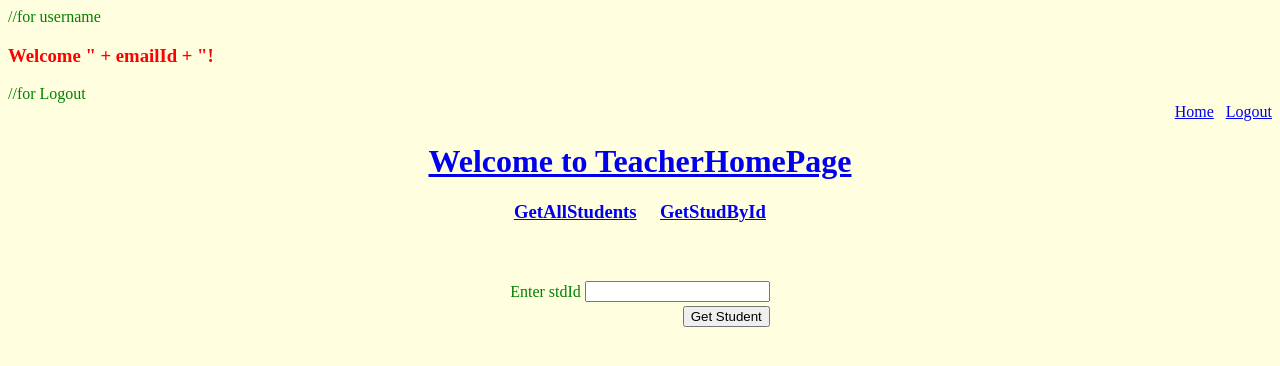
Repository: rajeshyadav3/Student
Page: http://localhost/StudWebApp/GetStudById.jsp
The author's editor kept a copy of each file at every save. The page is drawn from the files as they stood at one save, then again after the next save.
The browser window is 1280 px wide. The pictures show the whole page.
The page is served by Tomcat 9.

Above is the page before, as saved 2024-01-16 17:15:26.

After the next save:
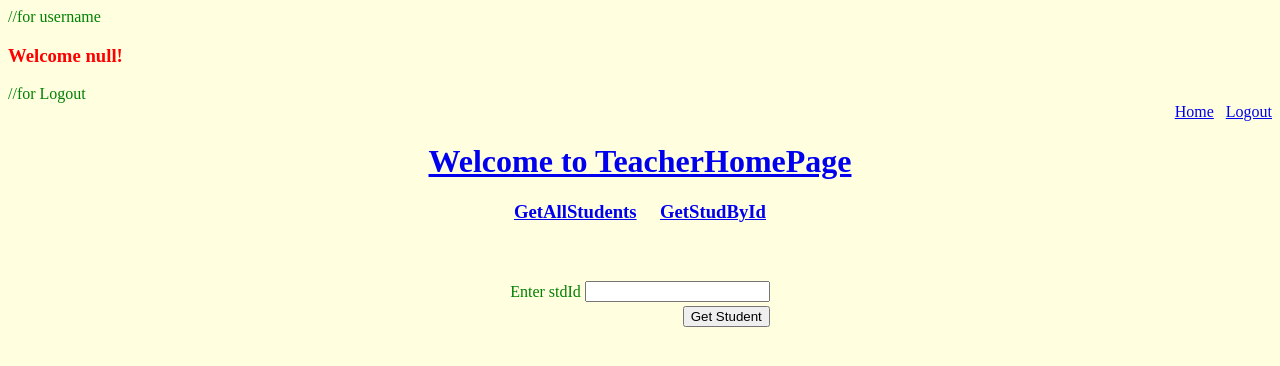
Saved 83 s later.
--- a/Advjava assgnment/workspace2/StudWebApp/WebContent/TeacherHomePage.jsp
+++ b/Advjava assgnment/workspace2/StudWebApp/WebContent/TeacherHomePage.jsp
@@ -10,7 +10,7 @@
 
 		<% String emailId = (String) session.getAttribute("emailId"); %>
 		//for username
-		<h3 style='color:red;'>Welcome " + emailId + "!</h3>
+		<h3 style='color:red;'>Welcome <%= emailId %>!</h3>
 
 		//for Logout
 		<form align='right'>
